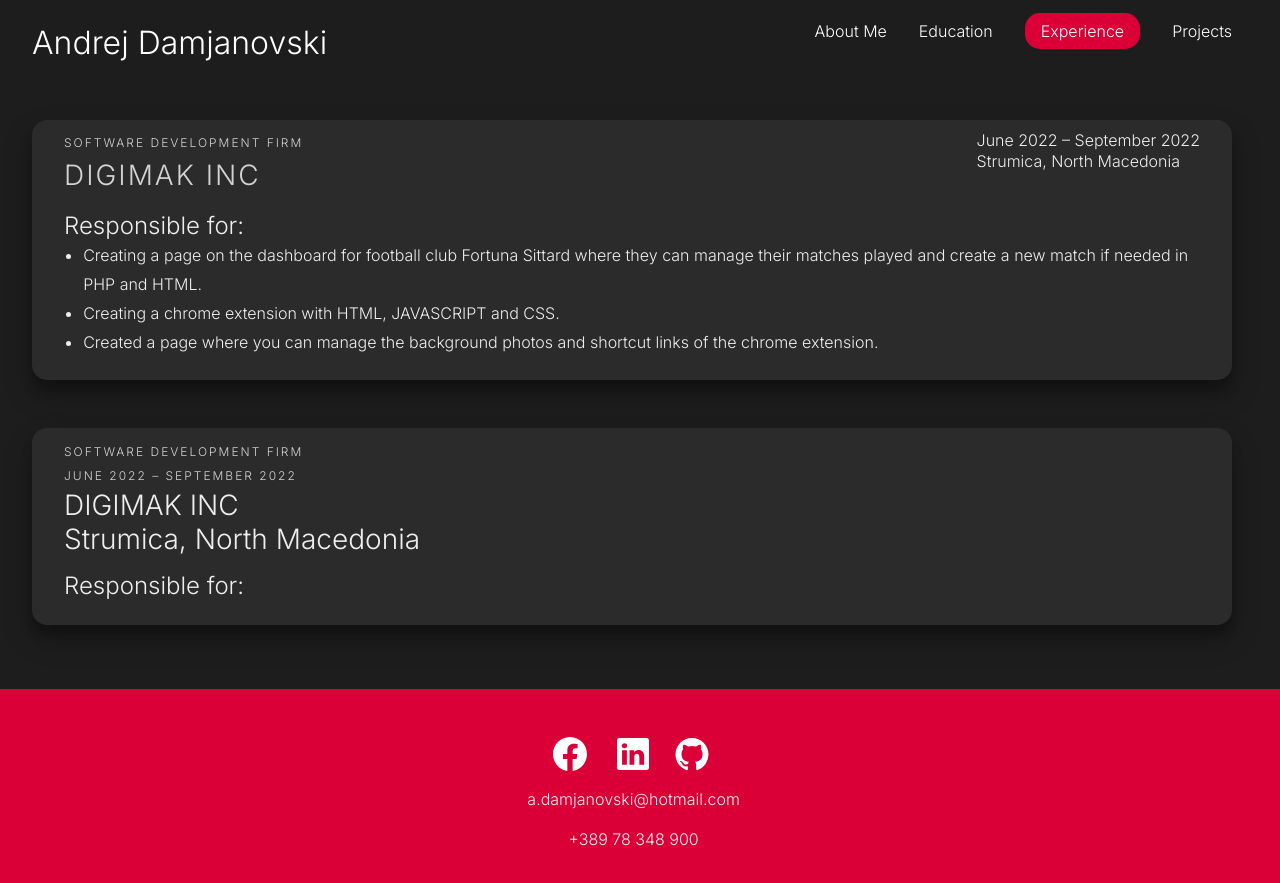
Repository: ADamjanovski/portfolio
Page: experience.html
The author's editor kept a copy of each file at every save. The page is drawn from the files as they stood at one save, then again after the next save.
The browser window is 1280 px wide. The pictures show the whole page.

Above is the page before, as saved 2023-07-03 12:07:35.

### experience.html
<!DOCTYPE html>
<html lang="en">
<head>
    <meta charset="UTF-8">
    <meta name="viewport" content="width=device-width, initial-scale=1.0">
    <title>Experience</title>
    <link rel="preconnect" href="https://fonts.googleapis.com">
    <link rel="preconnect" href="https://fonts.gstatic.com" crossorigin>
    <link href="https://fonts.googleapis.com/css2?family=Inter:wght@300&display=swap" rel="stylesheet">
    <link href="https://cdn.jsdelivr.net/npm/bootstrap@5.3.0/dist/css/bootstrap.min.css" rel="stylesheet" integrity="sha384-9ndCyUaIbzAi2FUVXJi0CjmCapSmO7SnpJef0486qhLnuZ2cdeRhO02iuK6FUUVM" crossorigin="anonymous">
    <link rel="stylesheet" href="style.css">
</head>
<body>
    <div class="navbar">
        <h2><a href="index.html">Andrej Damjanovski</a></h2>
        <div >
            <ul class="navbar-links">
                <li ><a href="aboutme.html" >About Me</a></li>
                <li><a href="education.html">Education</a></li>
                <li><a href="experience.html" class="active">Experience</a></li>
                <li><a href="projects.html">Projects</a></li>
            </ul>
        </div>
        <button class="navbar-toggler icon" type="button" data-bs-toggle="offcanvas" data-bs-target="#offcanvasDarkNavbar" aria-controls="offcanvasDarkNavbar" aria-label="Toggle navigation">
            <span class=""><svg fill="#FFFFFF" xmlns="http://www.w3.org/2000/svg"  viewBox="0 0 50 50" width="30px" height="30px" ><path d="M 0 9 L 0 11 L 50 11 L 50 9 Z M 0 24 L 0 26 L 50 26 L 50 24 Z M 0 39 L 0 41 L 50 41 L 50 39 Z"/></svg></span>
          </button>
    </div>
    <div class="offcanvas offcanvas-end text-bg-dark" tabindex="-1" id="offcanvasDarkNavbar" aria-labelledby="offcanvasDarkNavbarLabel">
        <div class="offcanvas-header color flex-end">
            <button type="button" class="btn-close btn-close-white" data-bs-dismiss="offcanvas" aria-label="Close"></button>
        </div>
        <div class="offcanvas-body color">
            <ul class="navbar-nav justify-content-end flex-grow-1 pe-3">
                <li class="nav-item">
                  <a class=" margin nav-link " aria-current="page" href="aboutme.html">About Me</a>
                </li>
                <li class="margin nav-item">
                  <a class="nav-link " href="education.html">Education</a>
                </li>
                <li class=" nav-item">
                    <a class="nav-link active" href="experience.html">Experience</a>
                </li>
                <li class="margin nav-item">
                <a class="nav-link" href="projects.html">Projects</a>
                </li>
            </ul>
        </div>
    </div>
    <div class="job-description">
        <div class="job-header">
            <div class="role">
                <p class="my-role">Software Development Firm</p>
                <h3>DIGIMAK INC</h3>
            </div>
            <div class="Company-details">
                <p>June 2022 – September 2022</p>
                <h6>Strumica, North Macedonia</h6>
            </div>
        </div>
        <div class="responsible">
            <h4>Responsible for:</h4>
            <ul>
                <li>Creating a page on the dashboard for football club Fortuna Sittard where they can manage their matches played and create a new match if needed in PHP and HTML.</li>
                <li>Creating a chrome extension with HTML, JAVASCRIPT and CSS.</li>
                <li>Created a page where you can manage the background photos and shortcut links of the chrome extension.</li>
            </ul>

        </div>
    </div>
    <div class="job-description">
        <div class="role">
            <p class="my-role">Software Development Firm</p>
            <p>June 2022 – September 2022</p>
        </div>
        <div class="Company-details">
            <h3>DIGIMAK INC</h3>
            <h3>Strumica, North Macedonia</h3>
        </div>

        <div class="responsible">
            <h4>Responsible for:</h4>
        </div>
    </div>
    <footer>
        <a href="https://www.facebook.com/andrej.damjanovska"><svg xmlns="http://www.w3.org/2000/svg" width="50" height="34" fill="currentColor" class="bi bi-facebook" viewBox="0 0 16 16">
            <path d="M16 8.049c0-4.446-3.582-8.05-8-8.05C3.58 0-.002 3.603-.002 8.05c0 4.017 2.926 7.347 6.75 7.951v-5.625h-2.03V8.05H6.75V6.275c0-2.017 1.195-3.131 3.022-3.131.876 0 1.791.157 1.791.157v1.98h-1.009c-.993 0-1.303.621-1.303 1.258v1.51h2.218l-.354 2.326H9.25V16c3.824-.604 6.75-3.934 6.75-7.951z"/>
          </svg></a>
        <a  href="https://www.linkedin.com/in/andrej-damjanovski"><svg xmlns="http://www.w3.org/2000/svg" width="50" height="32" fill="currentColor" class="bi bi-linkedin linkedin" viewBox="0 0 16 16">
            <path d="M0 1.146C0 .513.526 0 1.175 0h13.65C15.474 0 16 .513 16 1.146v13.708c0 .633-.526 1.146-1.175 1.146H1.175C.526 16 0 15.487 0 14.854V1.146zm4.943 12.248V6.169H2.542v7.225h2.401zm-1.2-8.212c.837 0 1.358-.554 1.358-1.248-.015-.709-.52-1.248-1.342-1.248-.822 0-1.359.54-1.359 1.248 0 .694.521 1.248 1.327 1.248h.016zm4.908 8.212V9.359c0-.216.016-.432.08-.586.173-.431.568-.878 1.232-.878.869 0 1.216.662 1.216 1.634v3.865h2.401V9.25c0-2.22-1.184-3.252-2.764-3.252-1.274 0-1.845.7-2.165 1.193v.025h-.016a5.54 5.54 0 0 1 .016-.025V6.169h-2.4c.03.678 0 7.225 0 7.225h2.4z"/>
          </svg></a>
        <a href="https://github.com/ADamjanovski"><svg xmlns="http://www.w3.org/2000/svg" width="60" height="33" fill="currentColor" class="bi bi-github" viewBox="0 0 16 16">
            <path d="M8 0C3.58 0 0 3.58 0 8c0 3.54 2.29 6.53 5.47 7.59.4.07.55-.17.55-.38 0-.19-.01-.82-.01-1.49-2.01.37-2.53-.49-2.69-.94-.09-.23-.48-.94-.82-1.13-.28-.15-.68-.52-.01-.53.63-.01 1.08.58 1.23.82.72 1.21 1.87.87 2.33.66.07-.52.28-.87.51-1.07-1.78-.2-3.64-.89-3.64-3.95 0-.87.31-1.59.82-2.15-.08-.2-.36-1.02.08-2.12 0 0 .67-.21 2.2.82.64-.18 1.32-.27 2-.27.68 0 1.36.09 2 .27 1.53-1.04 2.2-.82 2.2-.82.44 1.1.16 1.92.08 2.12.51.56.82 1.27.82 2.15 0 3.07-1.87 3.75-3.65 3.95.29.25.54.73.54 1.48 0 1.07-.01 1.93-.01 2.2 0 .21.15.46.55.38A8.012 8.012 0 0 0 16 8c0-4.42-3.58-8-8-8z"/>
          </svg></a>
        <p class="email">a.damjanovski@hotmail.com</p>
        <p>+389 78 348 900</p>
    </footer>
    <script src="https://cdn.jsdelivr.net/npm/bootstrap@5.3.0/dist/js/bootstrap.bundle.min.js" integrity="sha384-geWF76RCwLtnZ8qwWowPQNguL3RmwHVBC9FhGdlKrxdiJJigb/j/68SIy3Te4Bkz" crossorigin="anonymous"></script>

</body>
</html>

### style.css
body{
    background-color: #1D1D1D;
    color:rgb(238, 238, 238);
    height: 70vh;
    overflow-x:hidden;
}
*{
    font-family: 'Outfit','Inter', sans-serif;
}
a{
    text-decoration: none;
    color:white;
}
.home-body{
    background-color: #2b2b2b;
    display: flex;
    justify-content: space-around;
    height: inherit;
    align-items: center;
    margin:0rem 3rem 0rem 3rem;
    border-radius: 15px;
    box-shadow: rgba(0, 0, 0, 0.25) 0px 14px 28px, rgba(0, 0, 0, 0.22) 0px 10px 10px;;
}
#programmer-img{
    width: 500px;
}

#home-name{
    margin-top: 7rem;
    text-align: center;

}
.navbar{
    display: flex;
    height: 10vh;
    justify-content: space-between;
}
.navbar h2{
    margin-left: 2rem;
    margin-top:1rem;
}
.navbar-links{

    margin-right: 3rem;
    display: flex;
    gap: 2rem;
    list-style-type: none;
    font-size: 1rem;
    justify-content: space-around;
}
#personalimg{

    border-radius: 50%;
}
.aboutme-body{
    margin: 3rem;
    display: flex;
    justify-content:space-around;

}
.text{
    padding: 3rem 5rem 5rem 0rem;
    background-color: #2b2b2b;
    margin-right: 7rem;
    border-radius: 15px;
    font-size: 1rem;
    line-height: 2;
    text-align: justify;
    box-shadow: rgba(0, 0, 0, 0.25) 0px 14px 28px, rgba(0, 0, 0, 0.22) 0px 10px 10px;;
}
.aboutme-body p{
    margin-left: 3rem;
}
footer{
    margin-top:4rem;
    background-color: #DA0037;
    width: 99vw;
    padding-top: 3rem;
    padding-bottom: 1rem;
    text-align: center;
    box-shadow: 0 50vh 0 50vh #DA0037;
    align-content: center;
}
.linkedin{
    margin-left:.5rem;
}
.active{
    border-radius: 15px;
    padding: .5rem;
    padding-inline: 1rem;
    background-color: #DA0037;
}

.education-body{
    background-color: #2b2b2b;
    margin: 1rem 3rem 1rem 2rem;
    padding: 1rem 0rem 3rem 3rem;
    border-radius: 15px;
    line-height: 2;
    box-shadow: rgba(0, 0, 0, 0.25) 0px 14px 28px, rgba(0, 0, 0, 0.22) 0px 10px 10px;;
}
.Company-details{


}

.job-description{
    margin:3rem 3rem 0rem 2rem;
    background-color: #2b2b2b;
    padding:.5rem 2rem 1.5rem 2rem;
    border-radius: 15px;
    box-shadow: rgba(0, 0, 0, 0.25) 0px 14px 28px, rgba(0, 0, 0, 0.22) 0px 10px 10px;;
}

.job-header{
    display: flex;
    justify-content: space-between;
}
.role{

    text-transform: uppercase;
    margin-bottom: 0px;
    padding-bottom: 0px;
}
.Company-details *{
    padding:0px;
    margin:0px;
}

.job-description *{
    padding:0px;
    margin:0px;
}
.role *{
    color :lightgrey;
    letter-spacing: 2px;

    padding:0rem;
    margin:.4rem 0 0.25rem 0;
}

.role > p {
    font-size:0.75rem;
}

.responsible{
    line-height: 1.8rem;
    margin-top: 1rem;
}

.project{
    display: flex;
    align-items: center;
    justify-content: space-between;
    margin:3rem 3rem 3rem 2rem;
    background-color: #2b2b2b;
    padding:.5rem 2rem 1.5rem 2rem;
    border-radius: 15px;
    box-shadow: rgba(0, 0, 0, 0.25) 0px 14px 28px, rgba(0, 0, 0, 0.22) 0px 10px 10px;;
}
.project-details{
    display: flex;
    justify-content: space-between;
}

.project-logo{
    margin-right: 4rem;
}
.icon{

    display: none;
    border-color: rgb(238, 238, 238);
}

@media screen and (max-width: 850px) {

    .navbar-links{
        display: none;
    }

    .icon{
        display: flex;
        margin-right: 3rem;
    }
    .active{
        display: inline-block;
        margin-top:.4rem;

    }
    .margin{
        margin-left: 1rem;
    }

}
@media screen and (max-width:1030px) {
    .aboutme-body{
        width: 100%;
        flex-direction: column-reverse;
        align-items: center;
        gap:3rem;
    }
    #personalimg{
        align-self:center;
        margin-right: 5rem;
    }
    .project-logo{
        margin-right: 2rem;
        margin-left: 1rem;
    }
    .job-header{
        flex-direction: column;
    }

}
.color{
    background-color: #2b2b2b;
}
.email{
    margin-top:1rem;
}
.responsible ul{
    margin-left: 1.2rem;
}
.flex-end{
    display: flex;
    justify-content: flex-end;
    padding-right: 1.5rem;
}

After the next save:
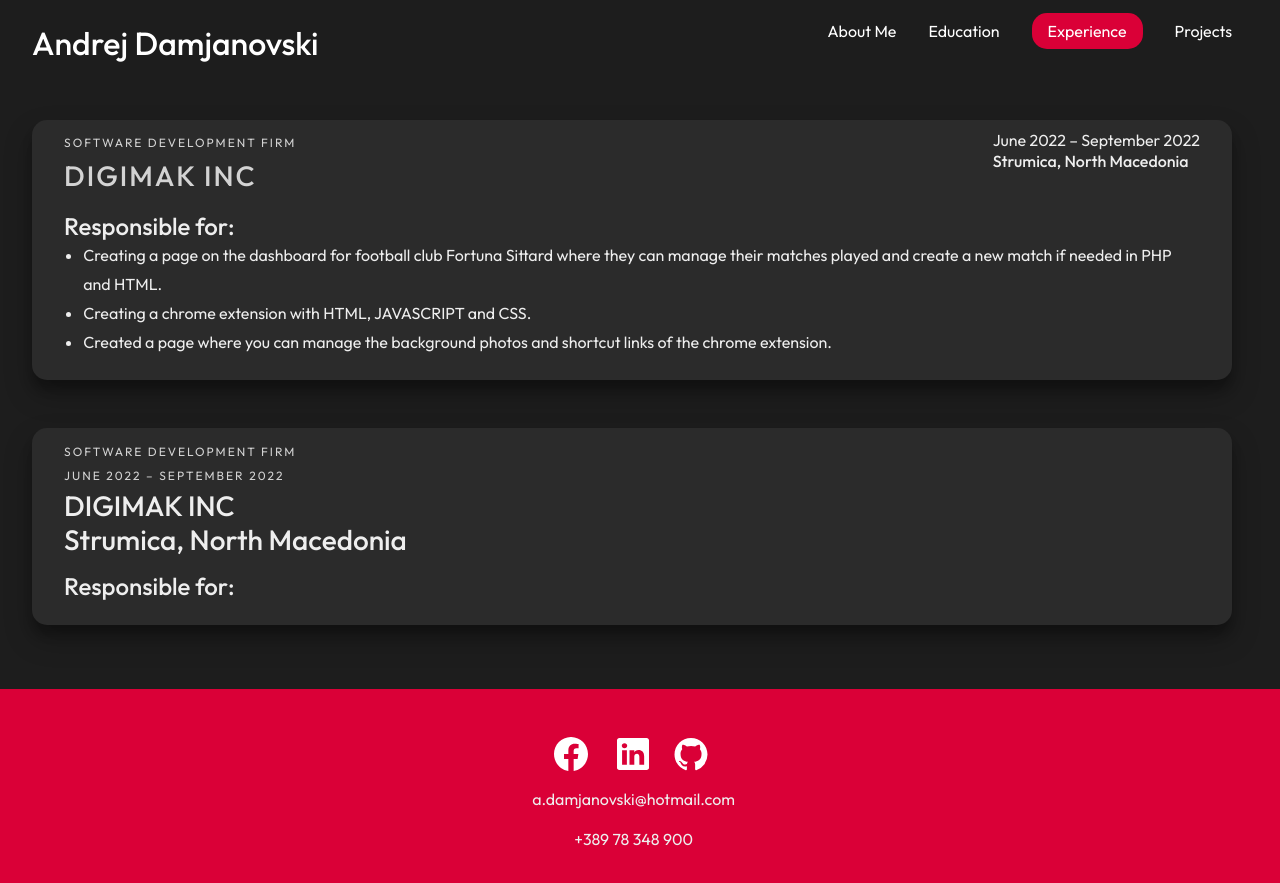
Saved 3 min 7 s later.
--- a/experience.html
+++ b/experience.html
@@ -6,7 +6,7 @@
     <title>Experience</title>
     <link rel="preconnect" href="https://fonts.googleapis.com">
     <link rel="preconnect" href="https://fonts.gstatic.com" crossorigin>
-    <link href="https://fonts.googleapis.com/css2?family=Inter:wght@300&display=swap" rel="stylesheet">
+    <link href="https://fonts.googleapis.com/css2?family=Inter:wght@300&family=Outfit:wght@400;500;600;700&display=swap" rel="stylesheet">
     <link href="https://cdn.jsdelivr.net/npm/bootstrap@5.3.0/dist/css/bootstrap.min.css" rel="stylesheet" integrity="sha384-9ndCyUaIbzAi2FUVXJi0CjmCapSmO7SnpJef0486qhLnuZ2cdeRhO02iuK6FUUVM" crossorigin="anonymous">
     <link rel="stylesheet" href="style.css">
 </head>
